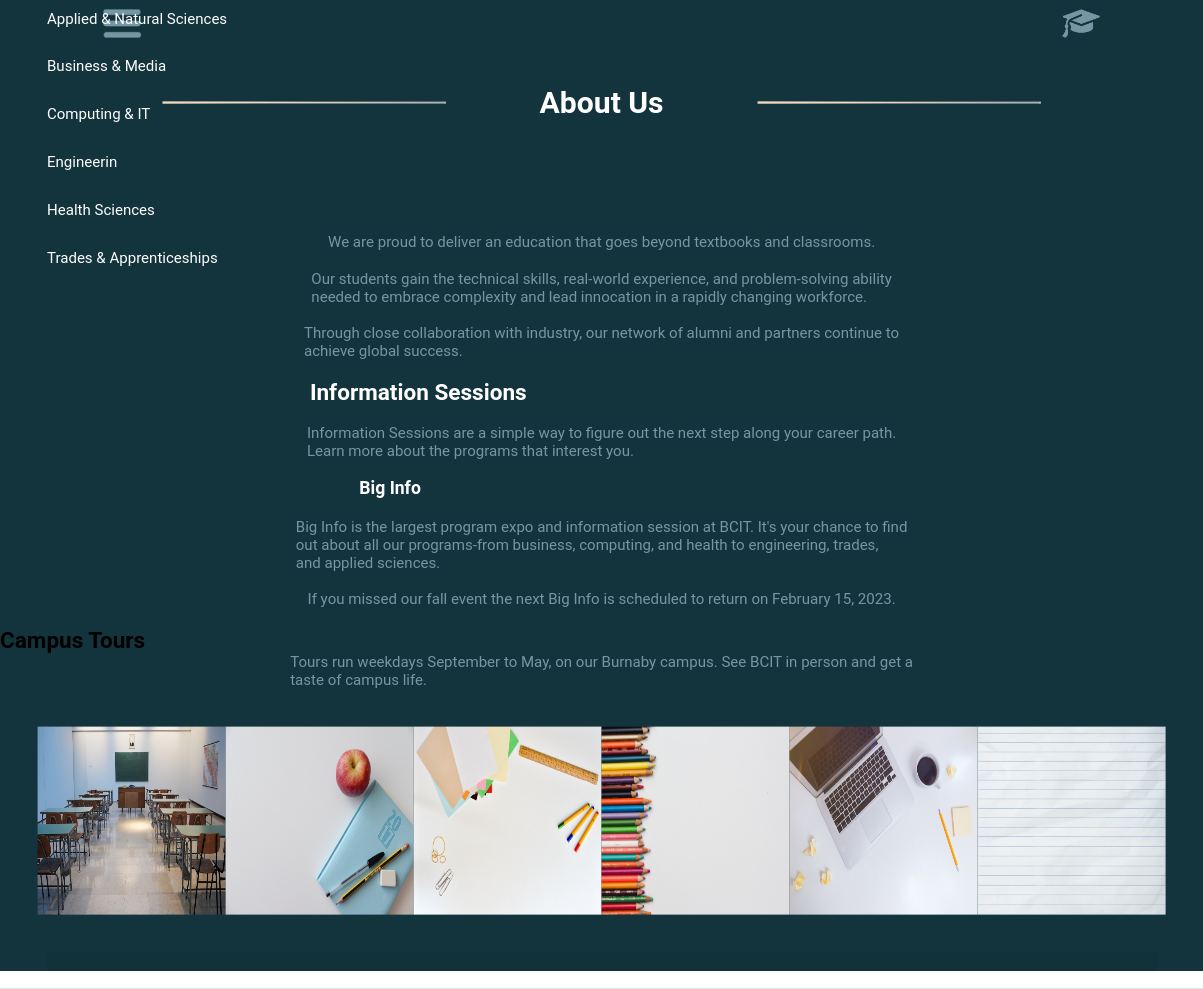
Repository: Sheraliramzan/Aly_A01253508_Assignment1
Page: /about
An editor plug-in stored every save of this project. The page is shown before and after the next save, followed by the edit.
The browser window is 1280 px wide. The pictures show the whole page, at 94% of full size.
The project was rebuilt for these pictures with package versions that can differ from the ones it lists, and the page was loaded fresh each time. The framework's server and built-in components were replaced by stand-ins that run in the browser. Also part of the build but not shown: next.config.js.

Above is the page before, as saved 2023-02-05 08:57:48.

### pages/about.js
import Head from 'next/head'
import Image from 'next/image'
import styles from '../styles/Home.module.css'
import dynamic from "next/dynamic";
import Nav from '../comp/nav/nav';


const About = () => {
  return (
    <>
      <Head>
        <title>About Us</title>
        <meta name="author" content="MDIA 2109" />
        <meta property="og:title" content= 'Assignment #1 - About Us Page'/>
        <meta property="og:description" content= "BCIT Digital Design and Development Diploma"/>
        <meta name="viewport" content="width=device-width, initial-scale=1" />
        <link rel="icon" href="/favicon.png" />
      </Head>
      <main className={styles.main}>
        <div className="aboutcont">
          <Nav/>
          <div>
              <div className='headcont1'>
                <hr className='hori'></hr>
                <h1 className='header'>About Us</h1>
                <hr className='hori1'></hr>
              </div>
              <div className='paracont'>
                <p className='para2'> We are proud to deliver an education that goes beyond textbooks
                  and classrooms.</p>
                <p className='para2'> Our students gain the technical skills, real-world experience,
                  and problem-solving ability <br /> needed to embrace complexity
                  and lead innocation in a rapidly changing workforce.</p>
                <p className='para2'>Through close collaboration with industry, our network of alumni
                  and partners continue to <br /> achieve global success.</p>
              </div>
                <h2 className='header2'> Information Sessions</h2>
                <p className='para3'> Information Sessions are a simple way to figure out the next
                  step along your career path. <br /> Learn more about the
                programs that interest you.</p>
                <h3 className='header3'>Big Info</h3>
              <p className='para3'> Big Info is the largest program expo and information session at
                BCIT. It's your chance to find <br /> out about all our
                programs-from business, computing, and health to engineering,
                trades,
                <br /> and applied sciences.
              </p>
              <p className='para3'>If you missed our fall event the next Big Info is scheduled to
                return on February 15, 2023.
              </p>
              <h2 className="header4">Campus Tours</h2>
              <p className='para3'>  Tours run weekdays September to May, on our Burnaby campus. See
                BCIT in person and get a <br /> taste of campus life.</p>
          </div>
          <div>
            <div id="carouselImage">
                <Image src={"/0.jpg"} width={200} height={200}></Image>
                <Image src={"/1.jpg"} width={200} height={200}></Image>
                <Image src={"/2.jpg"} width={200} height={200}></Image>
                <Image src={"/3.jpg"} width={200} height={200}></Image>
                <Image src={"/4.jpg"} width={200} height={200}></Image>
                <Image src={"/5.jpg"} width={200} height={200}></Image>
            </div >
                  <div id="testOnImageHere">
                    <ul >
                      <li>Applied & Natural Sciences</li>
                      <li>Business & Media</li>
                      <li>Computing & IT</li>
                      <li>Engineerin</li>
                      <li>Health Sciences</li>
                      <li>Trades & Apprenticeships</li>
                    </ul>
                  </div>
          </div>
        </div>
        <a>
            <span>
                <img></img>
                <img></img>
            </span>
        </a>
      </main>
    </>
  )
}
export default dynamic (() => Promise.resolve(About), {ssr: false})

### styles/globals.css


* {
  box-sizing: border-box;
  padding: 0;
  margin: 0;
}

html,
body {
  margin: 0;
  padding: 0;
  font-family: "Roboto", sans-serif;
  scrollbar-width: none;

}
.menuimg{
  margin-left: 100px;
}
.gardimg{
  margin-right: 100px;
}
.navcont {
  display: flex;
  align-items: center;
  justify-content: space-between;
  padding: 10px;
}
.menucont{
  position: absolute;
  top: 0rem;
  left: 4rem;
}
a{
  color: var(--primary-color);
  text-decoration: none;
}

ul {
  display: flex;
  flex-direction: column;
  position: absolute;
  top: 10px;
  left: 50px;
  gap: 2rem;
  text-decoration: none;
}

ul > li {
  list-style-type: none;
  text-decoration: none;
  color: var(--primary-color);
}
.listcont{
  position: absolute;
  display: flex;
  align-items: flex-start;
  left: 3rem;
  top: 3rem;
}

.btncont {
  display: flex;
}

.close {
  background-color: transparent;
  border: none;
  font-size: larger;
  color: var(--primary-color);
}

.fullcont{
  width: 100vw;
  height: 100vh;
  background-image: url("/background-images/backgroundMountain.jpg");
  background-size: cover;
}
.but1{
  margin: 2px;
  padding: 5px 15px;
  background: none;
  border: 1px solid var(--primary-color);
  border-radius: 5px;
  color:var(--primary-color) ;
}
.butcont{
 margin-left: 250px;
}

.but1:hover{
  background-color: var( --primary-color);
  color: var(--quinary-color);
}
.downarrow{
  position: relative;
  left: 650px;
  top:50px;
}
.headcont{
  display: flex;
  flex-direction: column;
  width: 25%;
  margin-top: 320px;
  margin-left: 250px;
}
.headhome{
  color: var(--primary-color);
  font-size: 25px;
  margin-bottom: 10px;
}
.horidiv{
  width: 60%;
  border: 1px solid var(--secondary-color);
  margin-bottom: 10px;
}
.para1{
  color: var(--primary-color);
  font-size:12px;
  width: 100%;
  opacity: 0.8;
}
.aboutcont{
  width: 100%;
  background-color: var( --quaternary-color);
  justify-content: center;
}
.hori{
  border-left: 300px solid var(--secondary-color);
  width: 100px;
  height: 1px;
  margin-right: 100px;
}
.hori1{
  border-left: 300px solid var(--secondary-color);
  width: 100px;
  height: 1px;
  margin-left: 100px;
}
.headcont1{
  text-align: center;
  margin-top: 40px;
  display: flex;
  justify-content: center;
  align-items: center;
}
.header{
  color: var(--primary-color);
}
.paracont{
  display: flex;
  flex-direction: column;
  color: var(--ternary-color);
  justify-content: center;
  align-items: center;
  margin-top: 100px;

}
.para2{
  margin-top: 20px;
}
.header2{
  display: flex;
  flex-direction: column;
  align-items: center;
  margin-right: 390px;
  margin-top: 20px;
  margin-bottom: 20px;
  color: var(--primary-color);
}
.header3{
  display: flex;
  flex-direction: column;
  align-items: center;
  margin-right: 450px;
  margin-top: 20px;
  margin-bottom: 20px;
  color: var(--primary-color);
}
.para3{
  color: var(--ternary-color);
  display: flex;
  align-items: center;
  justify-content: center;
  margin-bottom: 20px;
}
#carouselImage{
  height: 200px;
  background-repeat: no-repeat;
  background-size: cover;
  display: flex;
  justify-content: center;
  align-items: center;
  margin: 40px 0px;
}
#testOnImageHere{
  background-color: rgba(16, 46, 53, 0.5);
  padding: 10px;
  margin: 0px 50px;
}

### styles/variables.css
:root{
    --primary-color:#fff;
    --secondary-color:#f4d6b9;
    --ternary-color: #7796a4;
    --quaternary-color:#14343d;
    --quinary-color:rgba(16,46,53,0.5);
}

### styles/Home.module.css
.main {
  display: flex;
  flex-direction: column;
  justify-content: space-between;
  align-items: center;
}

### comp/nav/nav.js
import Head from 'next/head'
import Image from 'next/image'
import { useState } from 'react'
import { useRouter } from 'next/router'
import Link from 'next/link'

export default function Nav(){
    const [isMenuOpen, setIsMenuOpen] = useState(false);
  const handleClick = () => {
    setIsMenuOpen(!isMenuOpen);
  };
  const router = useRouter();
    return (
    <>
        <div className="navcont">
              <Image alt='menu' className='menuimg'
                src={"/icons/menu-icon.png"}
                width={40}
                height={30}
                onClick={handleClick}
              />
              <Image alt='grad' className='gardimg' src={"/icons/graduation-hat.png"} width={40} height={30} />
          </div>
          {isMenuOpen && (
            <div className="menucont">
              <div className="listcont">
                <div className="btncont">
                  <button className="close" onClick={handleClick}>
                    X
                  </button>
                </div>
                <div>
                  <ul>
                    <li>
                      <a href="#">Home</a>
                    </li>
                    <li>
                      <a href="/about">About</a>
                    </li>
                    <li>
                      <a href="/contact">Contact</a>
                    </li>
                  </ul>
                </div>
              </div>
              <Image alt='bar'
                src={"/background-images/menuBackground.png"}
                width={240}
                height={240}
              />
            </div>
          )}
    </>
    )
}

Loaded but not shown: pages/_app.js (common file); pages/_document.js (common file)

After the next save:
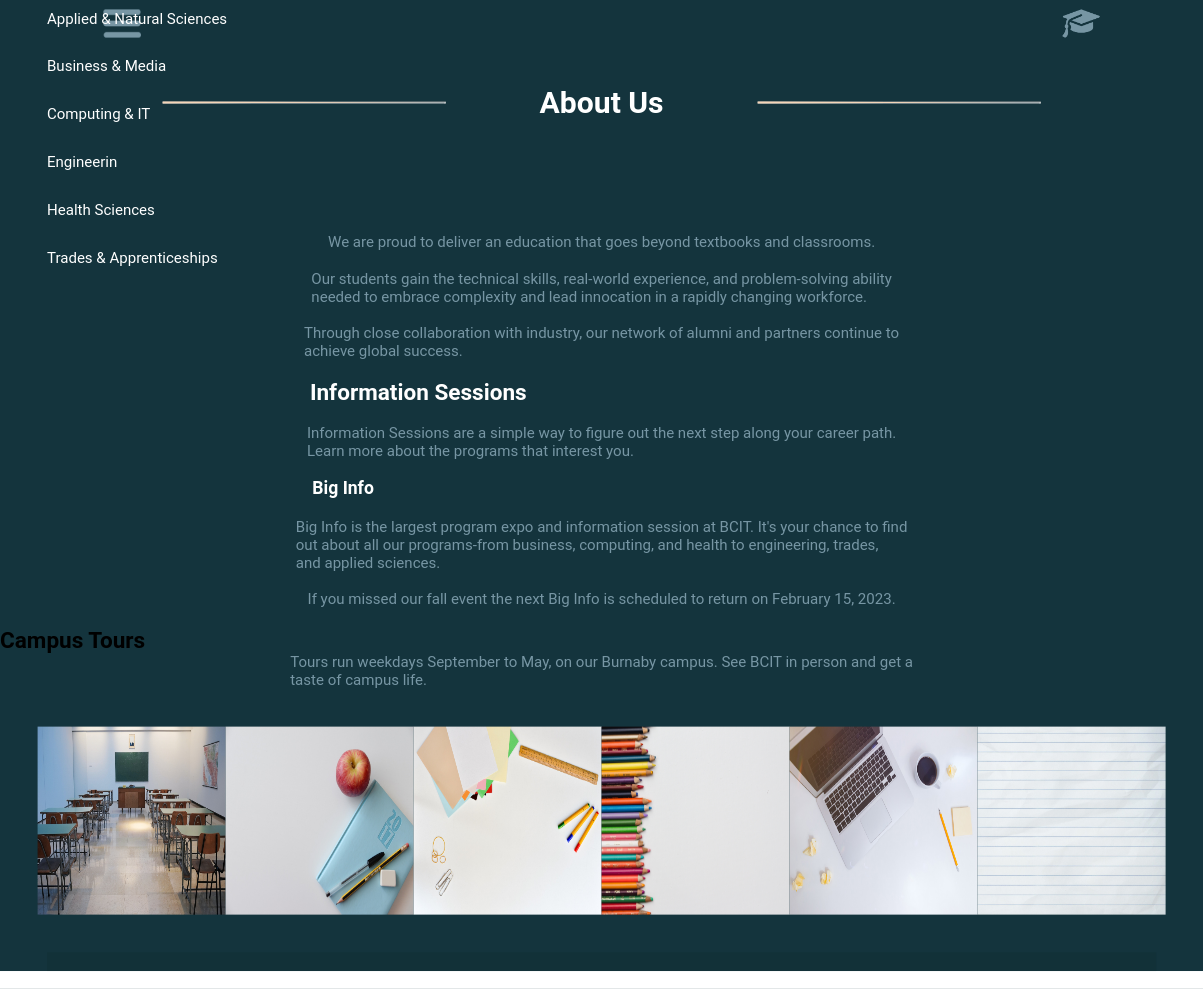
Saved 4 s later.
--- a/styles/globals.css
+++ b/styles/globals.css
@@ -172,7 +172,7 @@ ul > li {
   display: flex;
   flex-direction: column;
   align-items: center;
-  margin-right: 450px;
+  margin-right: 550px;
   margin-top: 20px;
   margin-bottom: 20px;
   color: var(--primary-color);
